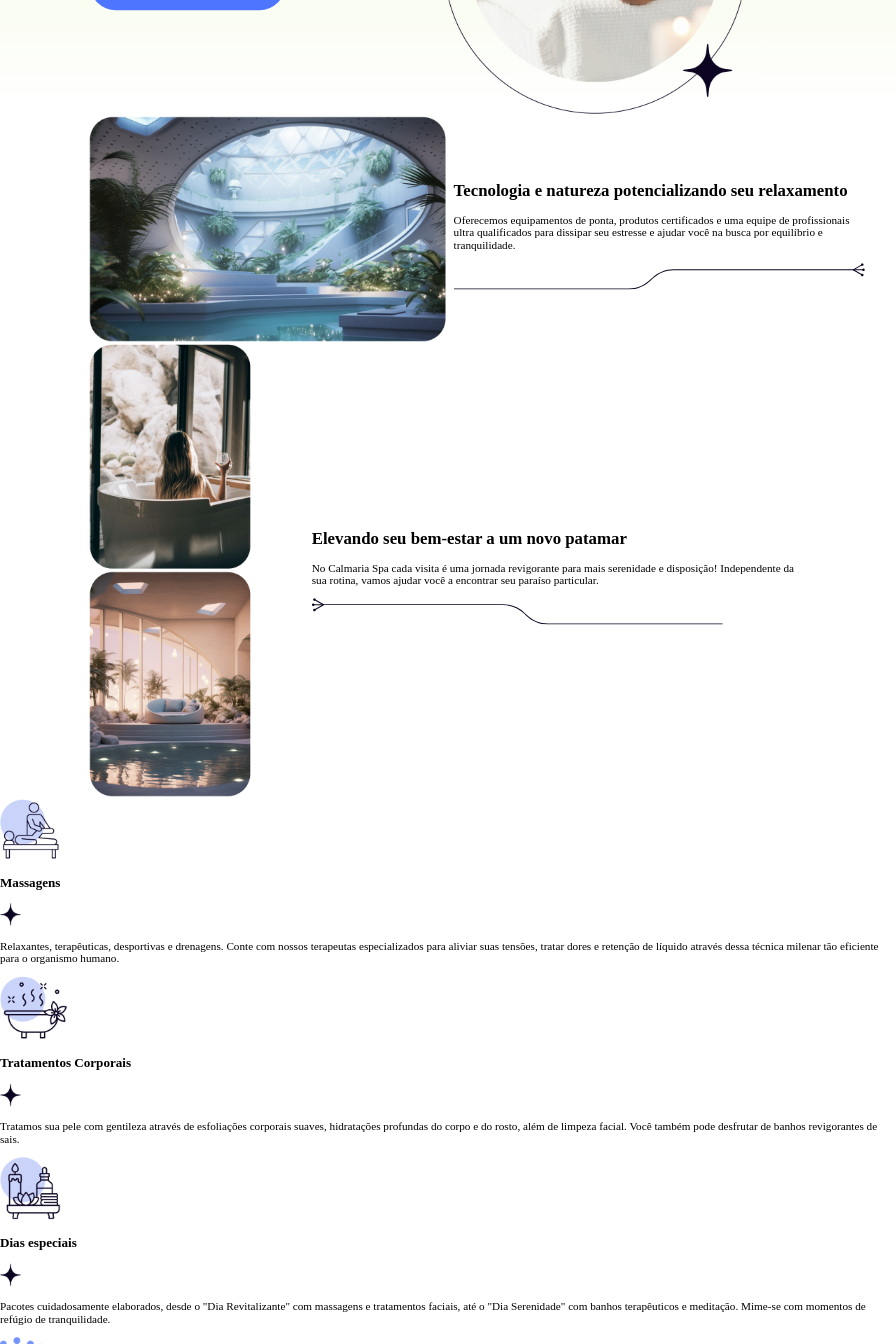
Repository: joaoPraiaJunior/curso-sass
Page: index.html
An editor plug-in stored every save of this project. The page is shown before and after the next save, followed by the edit.
The browser window is 1280 px wide. The pictures show the part of the page from y = 652 to 2572 px (the page is 3922 px tall before and 3597 px after), at 70% of full size.
Some web fonts or font styles are not loaded; a fallback is used. The style sheet was rebuilt from its Sass, Less or Tailwind sources for each picture, by a compiler version that may differ from the author's.

Above is the page before, as saved 2024-07-06 16:55:58.

After the next save:
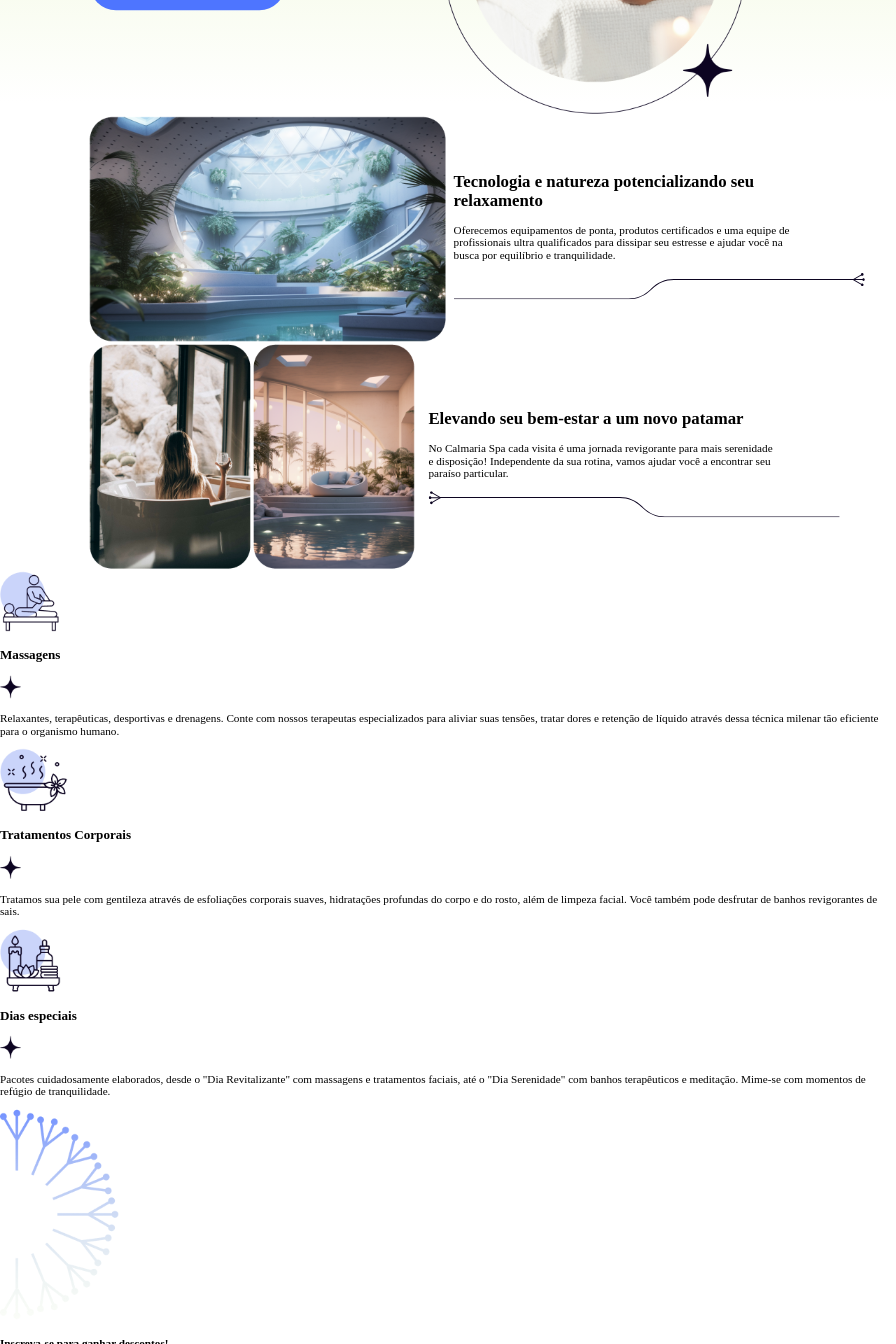
Saved 61 s later.
--- a/styles/components/_nosso-espaco.scss
+++ b/styles/components/_nosso-espaco.scss
@@ -11,5 +11,9 @@
         .imgs-espaco {
             max-width: 500px;
         }
+
+        .espaco-textos {
+            @extend .imgs-espaco;
+        }
     }
 }
